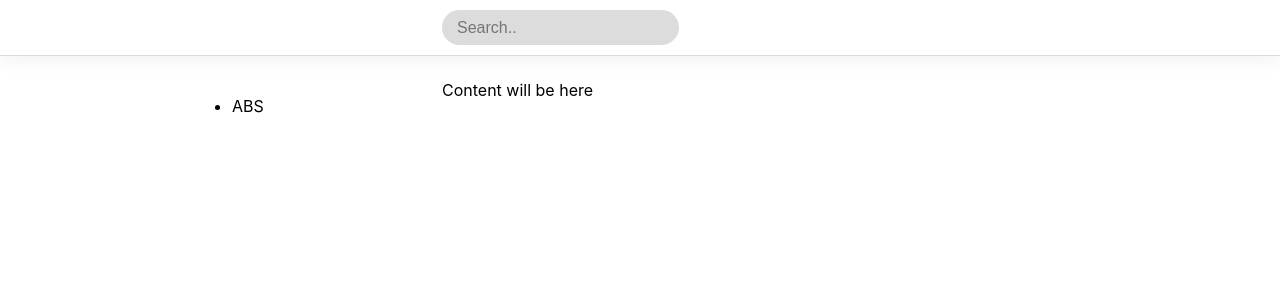
Repository: ChathurangaCPM/developer-forum
Page: / (app in client/)
The author's editor kept a copy of each file at every save. The page is drawn from the files as they stood at one save, then again after the next save.
The browser window is 1280 px wide. The pictures show the whole page.
The project was rebuilt for these pictures with package versions that can differ from the ones it lists, and the page was loaded fresh each time.

Above is the page before, as saved 2022-05-09 20:59:05.

### client/public/index.html
<!DOCTYPE html>
<html lang="en">
  <head>
    <meta charset="utf-8" />
    <link rel="icon" href="%PUBLIC_URL%/favicon.ico" />
    <meta name="viewport" content="width=device-width, initial-scale=1" />
    <meta name="theme-color" content="#000000" />
    <meta
      name="description"
      content="Web site created using create-react-app"
    />
    <link rel="apple-touch-icon" href="%PUBLIC_URL%/logo192.png" />
    <link rel="manifest" href="%PUBLIC_URL%/manifest.json" />

    <title>React App</title>
  </head>
  <body>
    <noscript>You need to enable JavaScript to run this app.</noscript>
    <div id="root"></div>

  </body>
</html>

### client/src/App.js
import MainHeader from "./components/MainHeader/MainHeader";
import SideBar from "./components/SideBar/SideBar";
import './App.min.css';

function App() {
	return (
		<div className="main_wrapper">
			<MainHeader/>
			<div className="wrap_inner_data">
				<div className="side_bar">
					<SideBar/>
				</div>
				<div className="main_content_area">
					Content will be here
				</div>
			</div>
		</div>
	);
}

export default App;

### client/src/components/MainHeader/MainHeader.js
import React from 'react';
import { Link } from 'react-router-dom';
import '../../scss/componets/MainHeader/MainHeader.min.css';

function MainHeader() {
	return (
		<div className="main_header">
			<div className="wrap_middle">

				<div className="main_logo">
					{/* <Link to="/cat" className="cat">Category name</Link> */}
				</div>


				<div className="search_form">
					<form method="">
						<input type="search" placeholder="Search.."/>
					</form>
				</div>
			</div>
		</div>
	);
}

export default MainHeader;

### client/src/components/SideBar/SideBar.js
function SideBar() {
	return (
		<div className="main_sidebar_wrapper">
			<div className="menu_area">
                <ul>
                    <li>ABS</li>
                </ul>
            </div>
		</div>
	);
}

export default SideBar;

### client/src/App.min.css
:root{--primary-color: rgb(30, 17, 103);--secondary-color: #ddd;--border-color: #dcdcdc}.main_wrapper{padding-top:80px}.main_wrapper .wrap_inner_data{display:-webkit-box;display:-ms-flexbox;display:flex;-ms-flex-wrap:wrap;flex-wrap:wrap;max-width:70%;margin:0 auto}.main_wrapper .wrap_inner_data .side_bar{width:250px}.main_wrapper .wrap_inner_data .main_content_area{width:calc(100% - 250px)}img{width:100%}

### client/src/scss/componets/MainHeader/MainHeader.min.css
.main_header{padding:10px 0;border-bottom:1px solid var(--border-color);-webkit-box-shadow:0px 4px 20px 0px rgba(0,0,0,0.06);box-shadow:0px 4px 20px 0px rgba(0,0,0,0.06);position:fixed;top:0;width:100%;z-index:10px;background:#fff}.main_header .wrap_middle{max-width:70%;margin:0 auto;display:-webkit-box;display:-ms-flexbox;display:flex;-webkit-box-align:center;-ms-flex-align:center;align-items:center}.main_header .wrap_middle .main_logo{width:250px}.main_header .wrap_middle .main_logo span{font-size:25px;font-weight:bold;text-transform:uppercase}.main_header .wrap_middle .search_form{width:calc(100% - 500px)}.main_header .wrap_middle .search_form input{border:none;font-size:16px;line-height:16px;height:35px;border-radius:20px;outline:none;background:var(--border-color);padding:0 15px}.main_header .wrap_middle .user_pro{width:250px;display:-webkit-box;display:-ms-flexbox;display:flex;-webkit-box-align:center;-ms-flex-align:center;align-items:center;-webkit-box-pack:end;-ms-flex-pack:end;justify-content:flex-end}.main_header .wrap_middle .user_pro img{width:40px;height:40px;border-radius:100%;overflow:hidden}.main_header .wrap_middle .user_pro span{padding-left:10px;font-weight:500}

Loaded but not shown: client/src/index.js (common file); client/src/index.css (common file); client/src/reportWebVitals.js (common file)

After the next save:
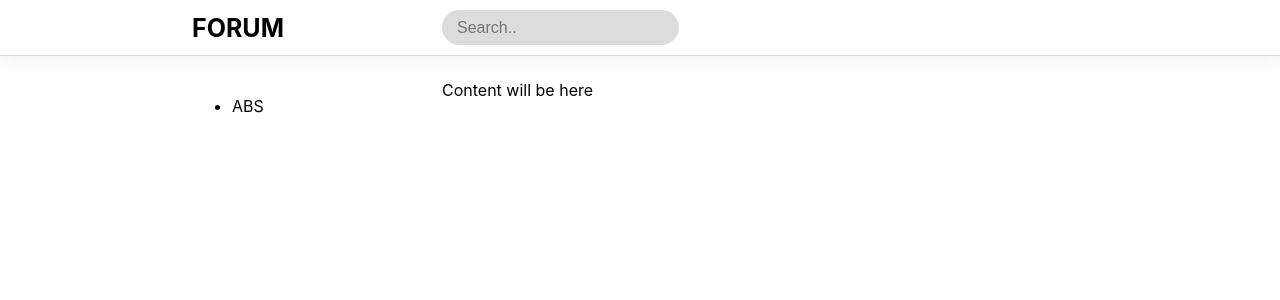
Saved 35 s later.
--- a/client/src/components/MainHeader/MainHeader.js
+++ b/client/src/components/MainHeader/MainHeader.js
@@ -8,7 +8,7 @@ function MainHeader() {
 			<div className="wrap_middle">
 
 				<div className="main_logo">
-					{/* <Link to="/cat" className="cat">Category name</Link> */}
+					<span>FORUM</span>
 				</div>
 
 
